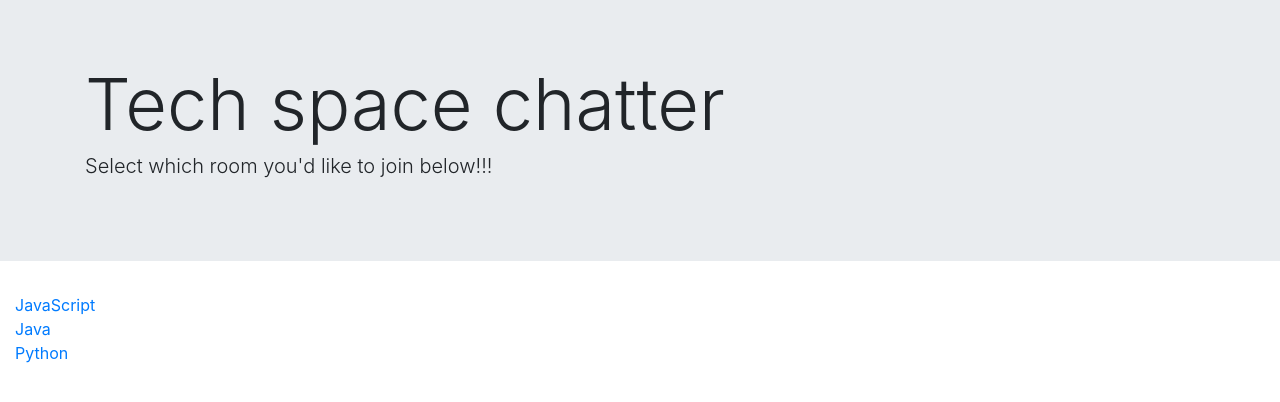
Repository: K-TT/ChatRoom
Page: public/index.html
These files come from the project's save history. The page is drawn as it stood at one moment and after the next save; the edit follows.
The browser window is 1280 px wide. The pictures show the whole page.
Some web libraries are served in a nearby version.

Above is the page before, as saved 2022-02-20 16:46:41.

After the next save:
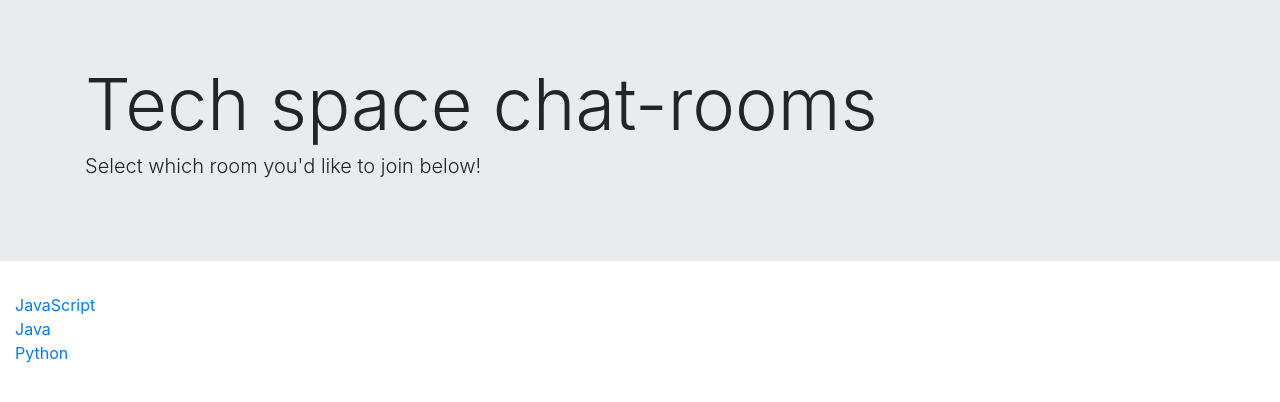
Saved 19 s later.
--- a/public/index.html
+++ b/public/index.html
@@ -13,8 +13,8 @@
 <body>
     <div class="jumbotron jumbotron-fluid">
         <div class="container">
-            <h1 class="display-3">Tech space chatter</h1>
-            <p class="lead">Select which room you'd like to join below!!!</p>
+            <h1 class="display-3">Tech space chat-rooms</h1>
+            <p class="lead">Select which room you'd like to join below!</p>
         </div>
     </div>
     <div class="container-fluid">
